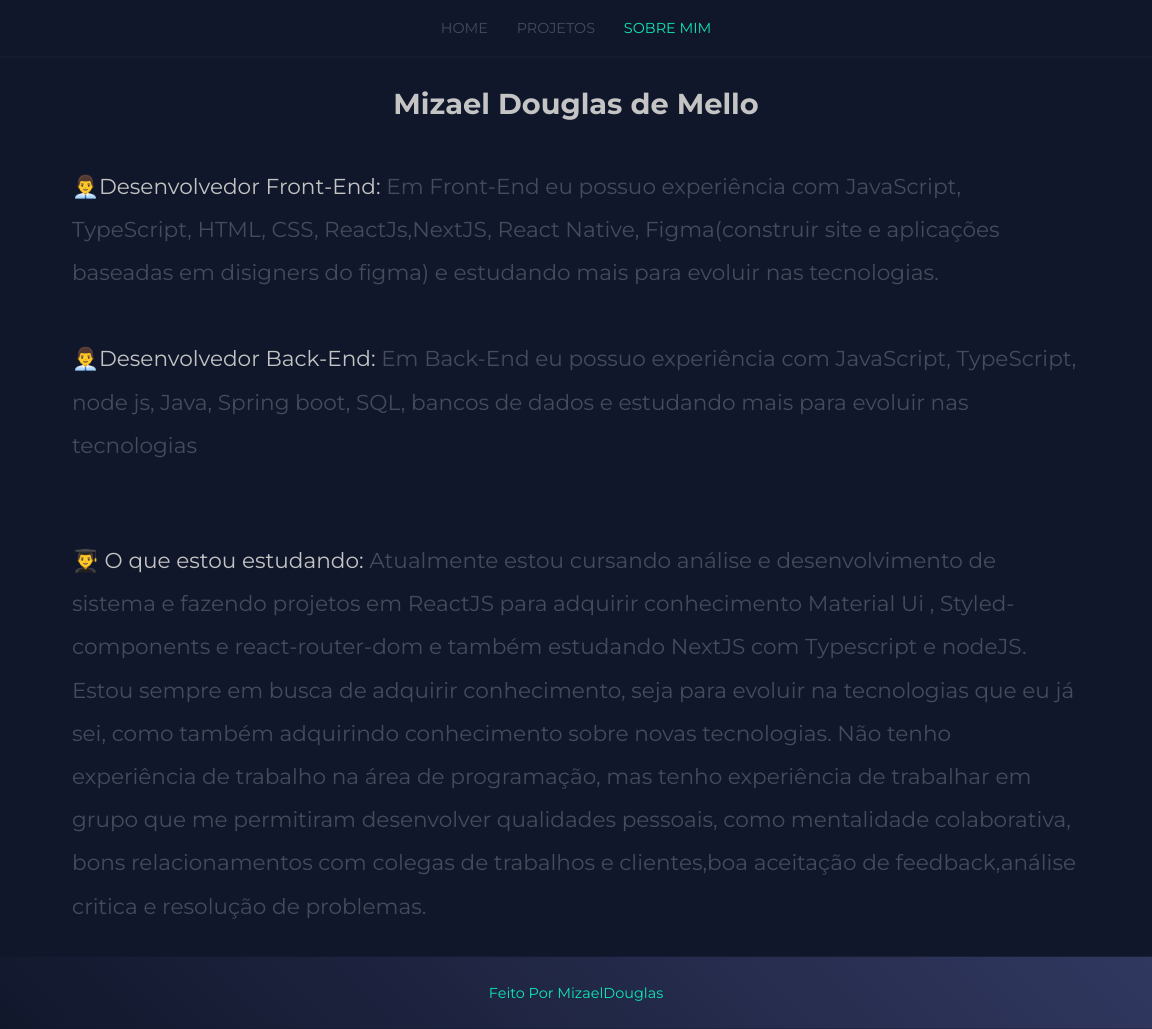
Repository: Mizaeldouglas/New-Portifolio
Page: /sobre
An editor plug-in stored every save of this project. The page is shown before and after the next save, followed by the edit.
The browser window is 1280 px wide. The pictures show the whole page, at 90% of full size.
The project was rebuilt for these pictures with package versions that can differ from the ones it lists, and the page was loaded fresh each time. The framework's server and built-in components were replaced by stand-ins that run in the browser. Also part of the build but not shown: next.config.js.

Above is the page before, as saved 2022-07-05 20:44:49.

After the next save:
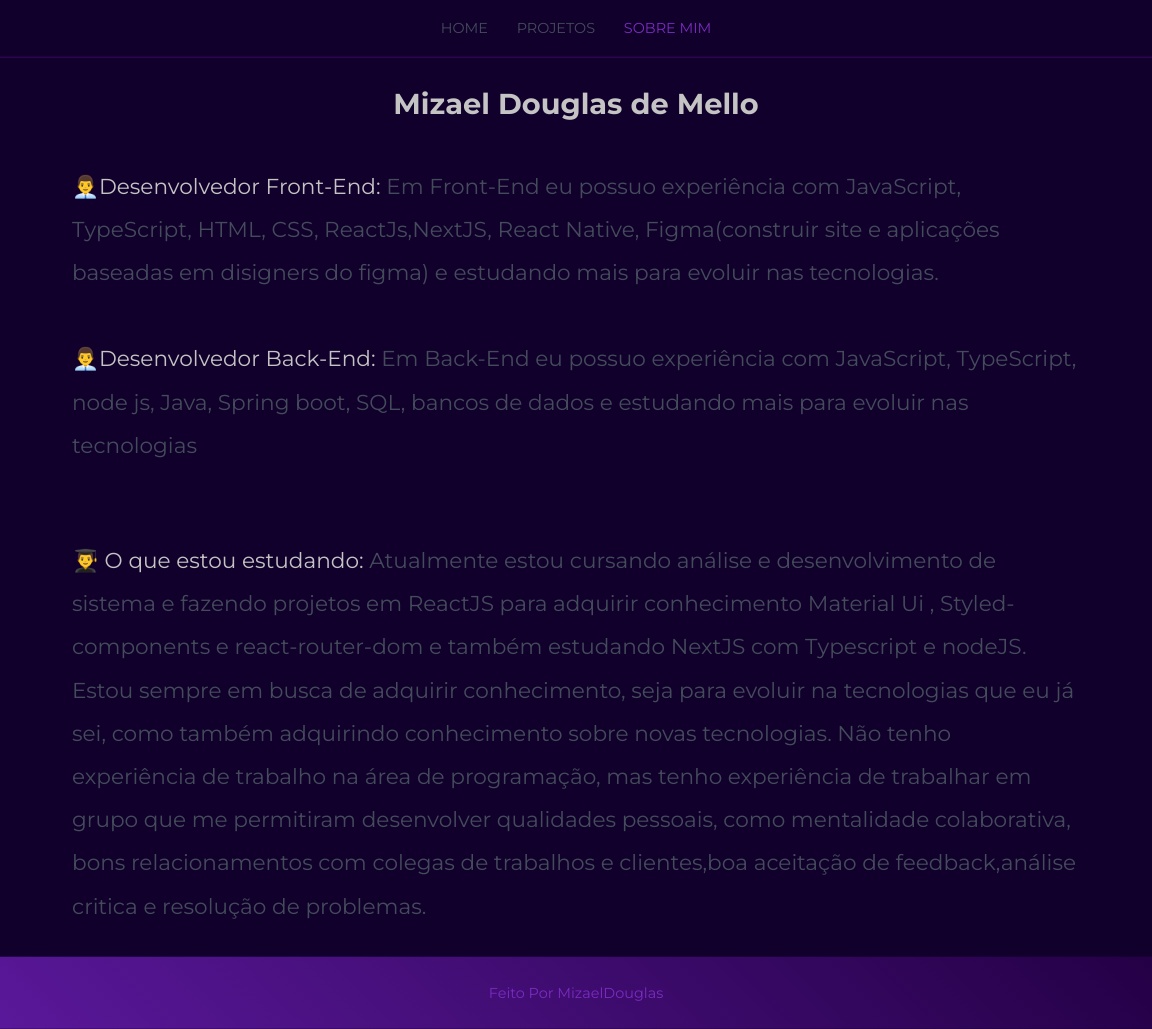
Saved 6 min 16 s later.
--- a/src/styles/theme.ts
+++ b/src/styles/theme.ts
@@ -1,9 +1,9 @@
 const theme = {
-  background: '#11172B',
-  backgroundLight: '#1B2138',
-  primary: '#0EE7B7',
-  secondary: '#7AC7E3',
-  gradient: 'linear-gradient(225deg, #313860 0%, #11172B 100%);',
+  background: '#10002b',
+  backgroundLight: '#3c096c',
+  primary: '#7b2cbf',
+  secondary: '#5a189a',
+  gradient: 'linear-gradient(225deg, #240046 0%, #5a189a 100%);',
   text: '#848DA0',
   textHighlight: '#444B5B',
   textLight: '#C4C4C4',
